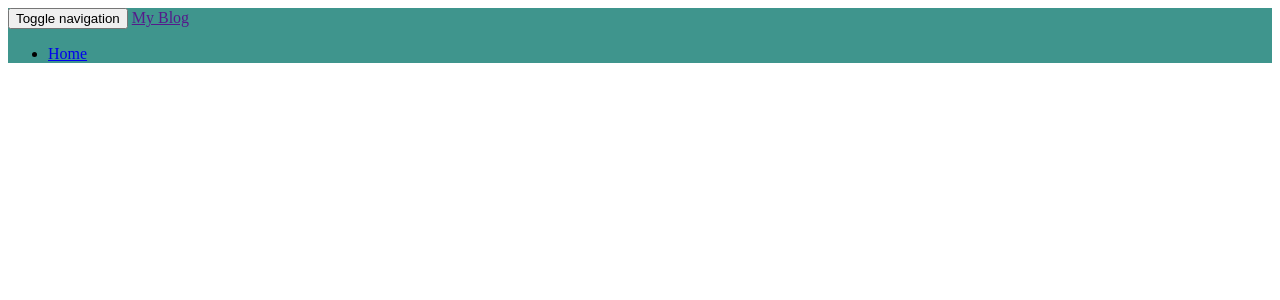
Repository: AnnieFisher/blog
Page: BlogMVC/WebContent/nav.html
The author's editor kept a copy of each file at every save. The page is drawn from the files as they stood at one save, then again after the next save.
The browser window is 1280 px wide. The pictures show the whole page.

Above is the page before, as saved 2016-12-19 06:55:57.

After the next save:
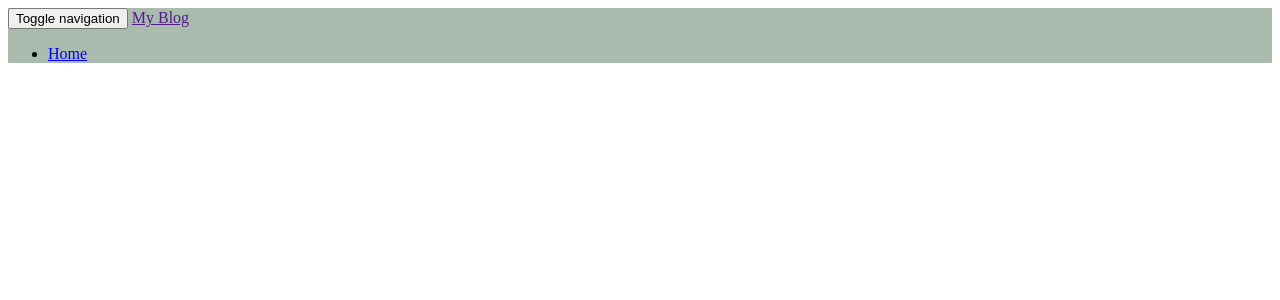
Saved 74 s later.
--- a/BlogMVC/WebContent/nav.html
+++ b/BlogMVC/WebContent/nav.html
@@ -1,7 +1,7 @@
 <div ng-controller="postsController">
 	<div class="container">
       <!-- Static navbar -->
-      <nav class="navbar navbar-light" style="background-color: #3f958d;">
+      <nav class="navbar navbar-light" style="background-color: #a8bbae;">
         <div class="container-fluid">
           <div class="navbar-header">
             <button type="button" class="navbar-toggle collapsed" data-toggle="collapse" data-target="#navbar" aria-expanded="false" aria-controls="navbar">
